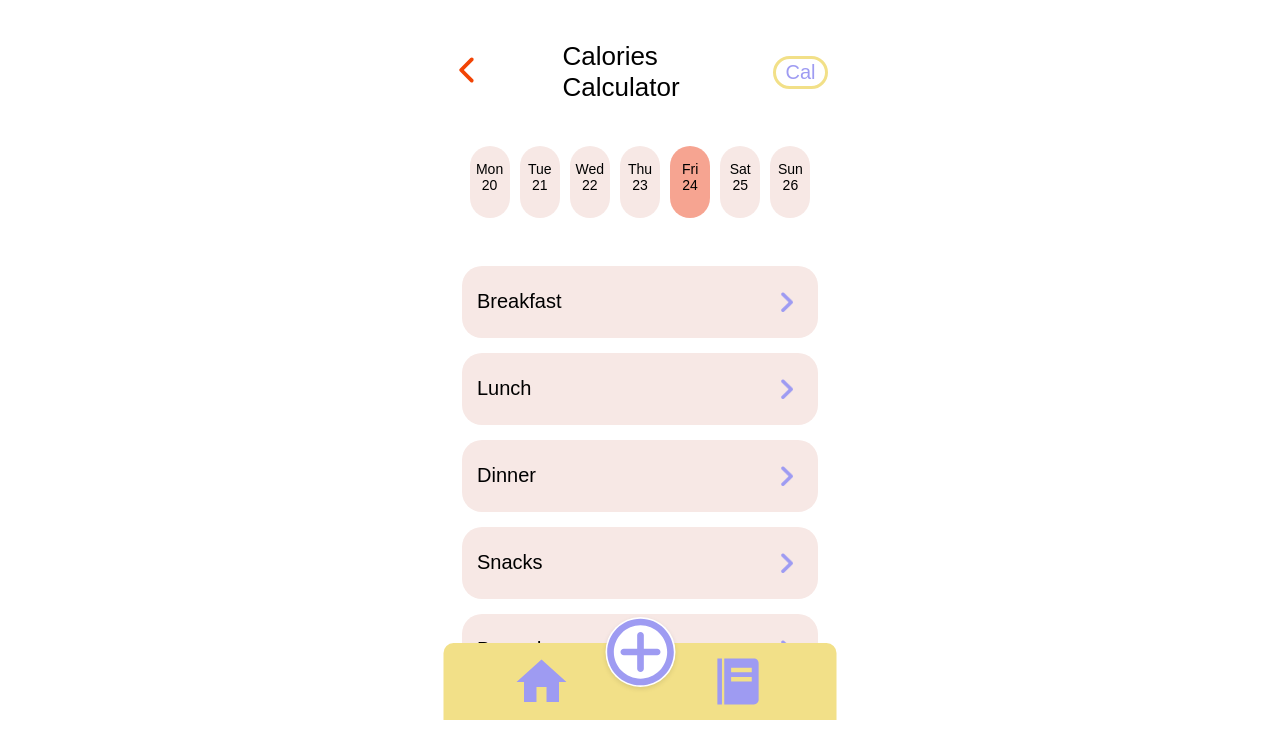
Repository: MeowCeline00/G5-Calorie-Tracker
Page: addPage/Add.html
An editor plug-in stored every save of this project. The page is shown before and after a run of saves, followed by the edit.
The browser window is 1280 px wide. The pictures show the whole page.

Above is the page before, as saved 2024-05-26 06:40:31.

After the next 3 saves:
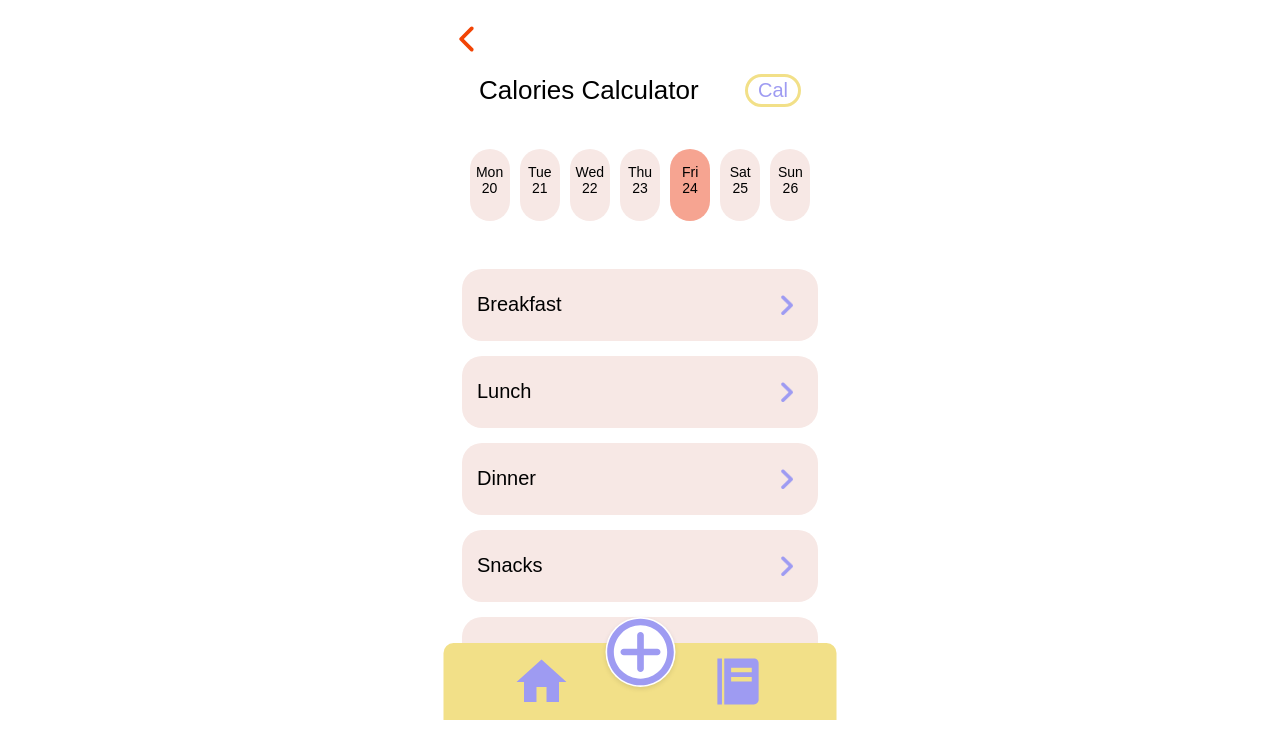
The 3 saves are shown as one change because they came seconds apart.
The last was saved 11 s later.
--- a/addPage/Add.html
+++ b/addPage/Add.html
@@ -9,9 +9,8 @@
 </head>
 <body>
   <div class="container">
+    <a href="/breakfastAddPage/index.html" ><img src="/images/prevButton.svg" ></a>
     <header class="header">
-      <a href="/breakfastAddPage/index.html" ><img src="/images/prevButton.svg" ></a>
-
       <h1 class="title">Calories Calculator</h1>
       <button class="calButton">Cal</button>
     </header>
